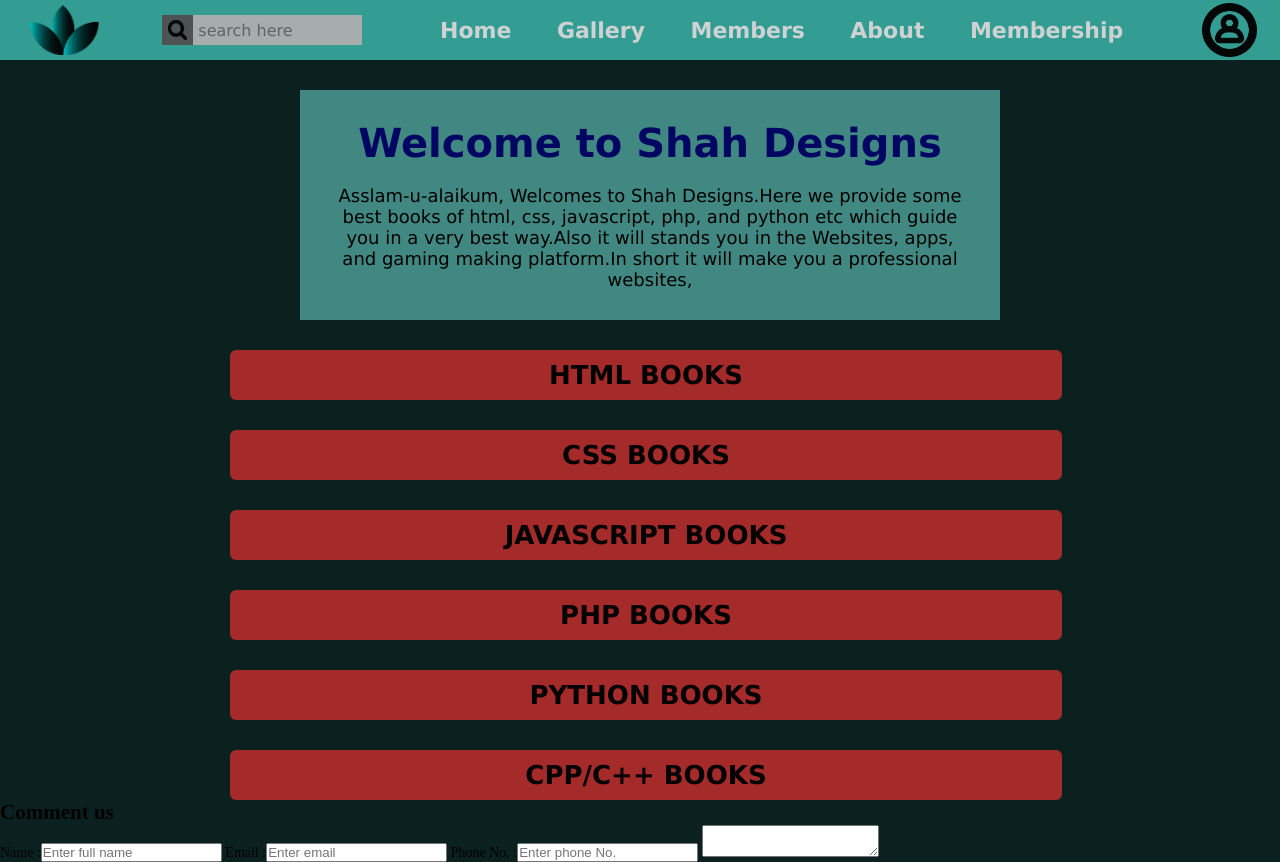
Repository: RawahaMR11/my_assignments
Page: rawaha computer/Shah Designs web/Shah home page.html
An editor plug-in stored every save of this project. The page is shown before and after the next save, followed by the edit.
The browser window is 1280 px wide. The pictures show the whole page.

Above is the page before, as saved 2024-12-13 08:46:08.

After the next save:
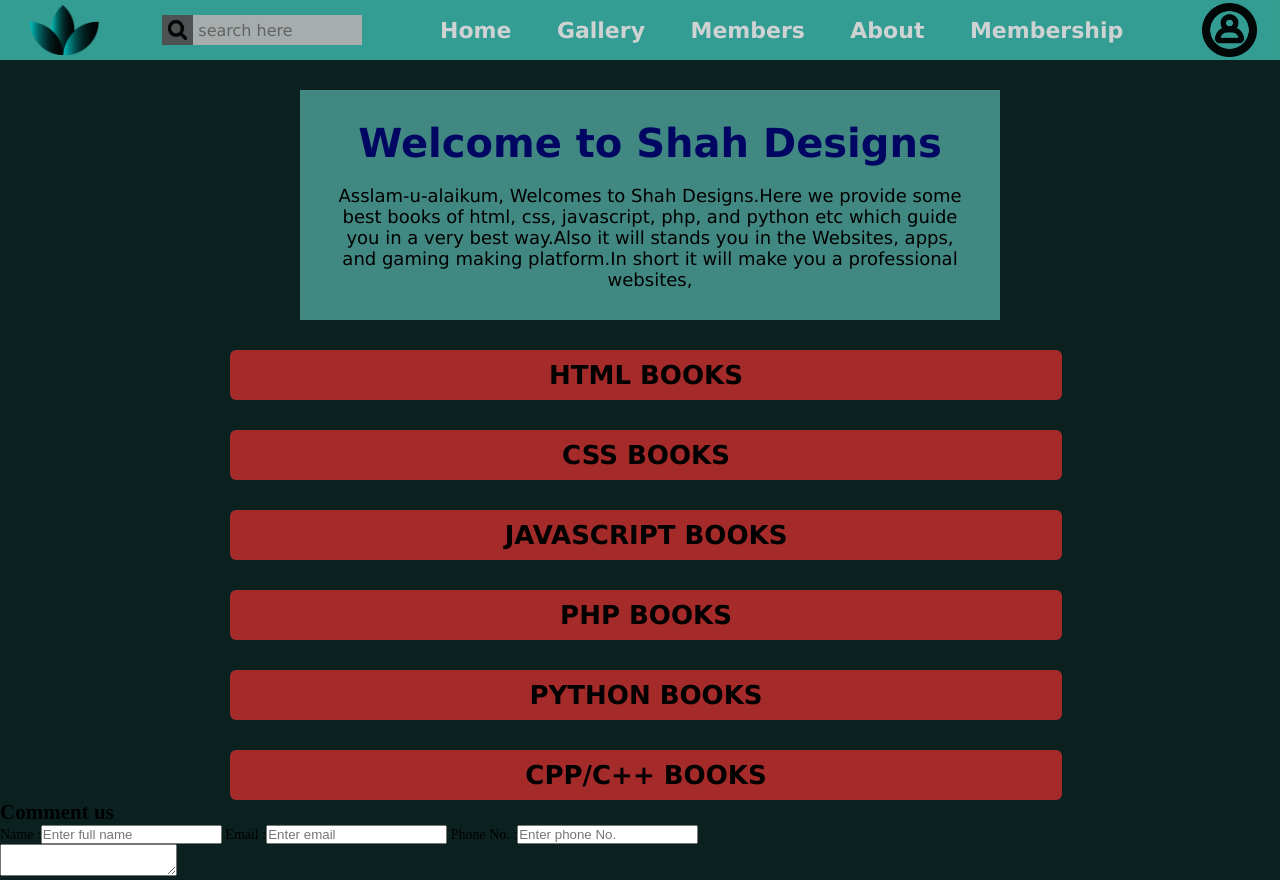
Saved 2 min 17 s later.
--- a/rawaha computer/Shah Designs web/Shah home page.css
+++ b/rawaha computer/Shah Designs web/Shah home page.css
@@ -279,3 +279,6 @@ header {
       font-size: 26px;
       font-weight: 700;
 }
+.comment {
+      width: 65%;
+}
